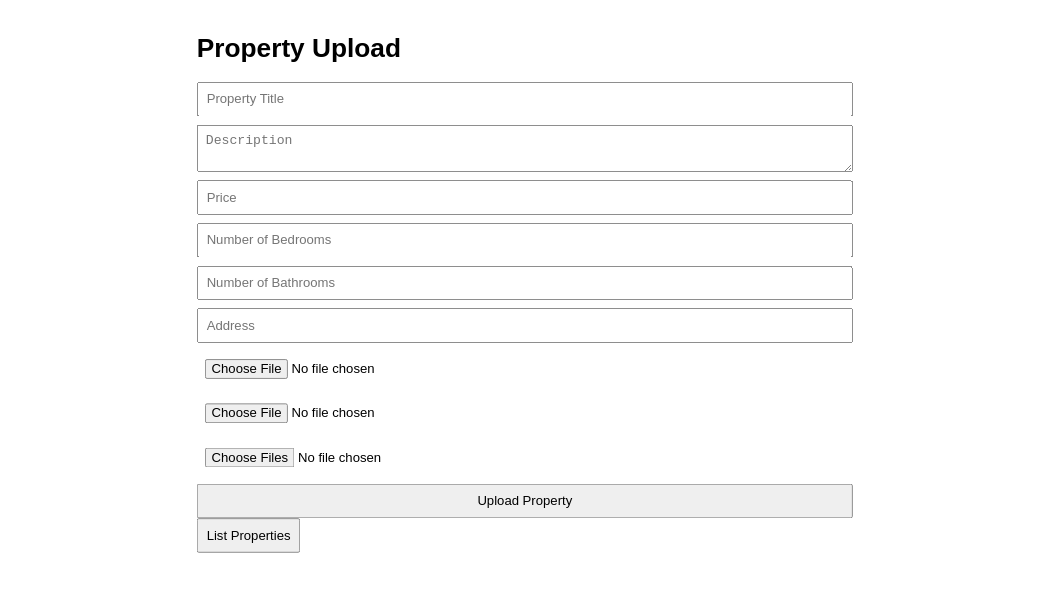
Repository: profospace/basic_ofo
Page: property-upload.html
An editor plug-in stored every save of this project. The page is shown before and after the next save, followed by the edit.
The browser window is 1280 px wide. The pictures show the whole page, at 82% of full size.

Above is the page before, as saved 2024-09-19 10:24:43.

After the next save:
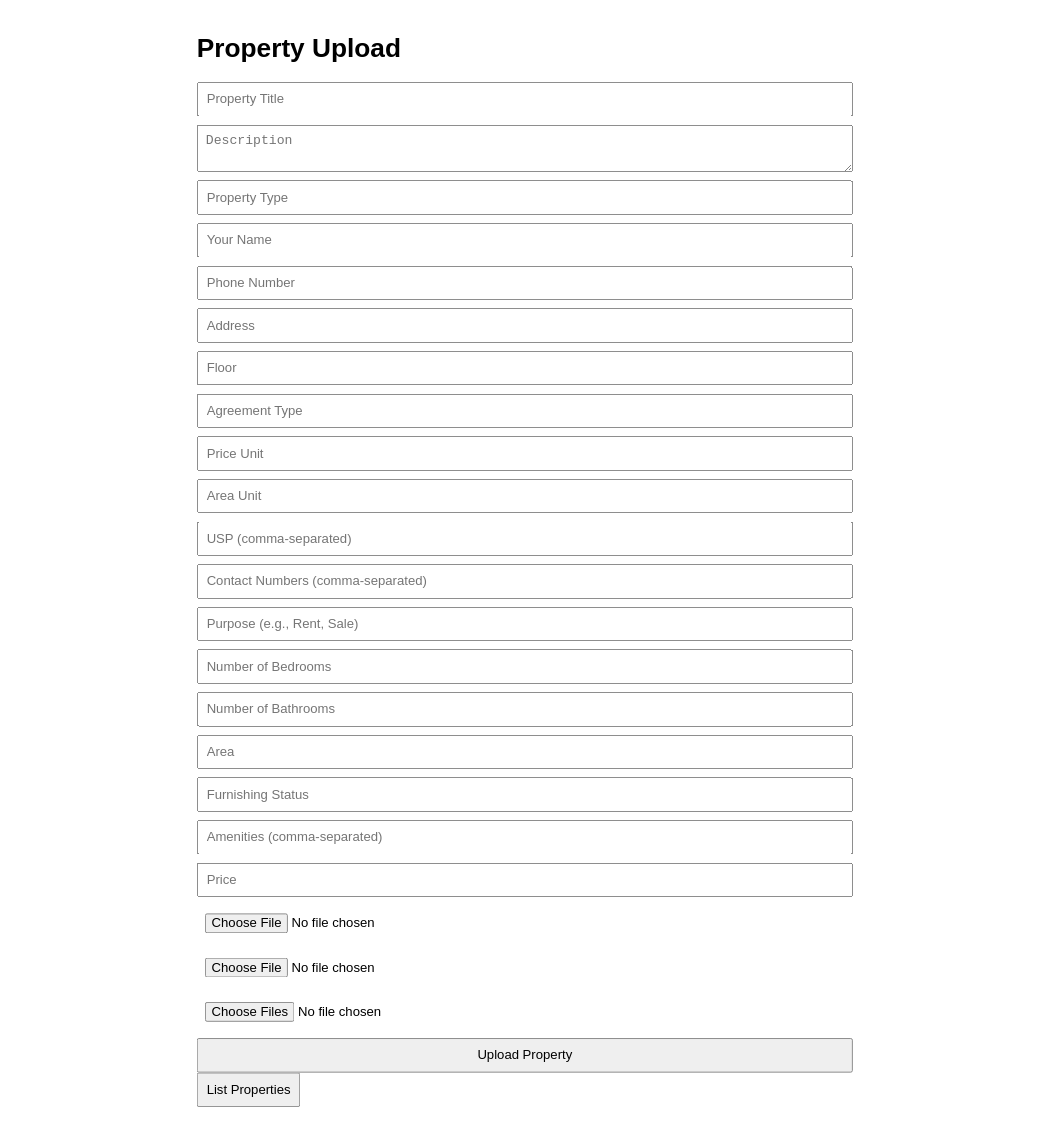
Saved 37 min 27 s later.
--- a/property-upload.html
+++ b/property-upload.html
@@ -35,10 +35,23 @@
     <form id="propertyForm">
         <input type="text" name="post_title" placeholder="Property Title" required>
         <textarea name="post_description" placeholder="Description" required></textarea>
-        <input type="number" name="price" placeholder="Price" required>
+        <input type="text" name="type_name" placeholder="Property Type" required>
+        <input type="text" name="user_name" placeholder="Your Name" required>
+        <input type="text" name="phone" placeholder="Phone Number" required>
+        <input type="text" name="address" placeholder="Address" required>
+        <input type="text" name="floor" placeholder="Floor">
+        <input type="text" name="agreement" placeholder="Agreement Type">
+        <input type="text" name="priceUnit" placeholder="Price Unit">
+        <input type="text" name="areaUnit" placeholder="Area Unit">
+        <input type="text" name="usp" placeholder="USP (comma-separated)">
+        <input type="text" name="contactList" placeholder="Contact Numbers (comma-separated)">
+        <input type="text" name="purpose" placeholder="Purpose (e.g., Rent, Sale)">
         <input type="number" name="bedrooms" placeholder="Number of Bedrooms" required>
         <input type="number" name="bathrooms" placeholder="Number of Bathrooms" required>
-        <input type="text" name="address" placeholder="Address" required>
+        <input type="text" name="area" placeholder="Area" required>
+        <input type="text" name="furnishing" placeholder="Furnishing Status">
+        <input type="text" name="amenities" placeholder="Amenities (comma-separated)">
+        <input type="number" name="price" placeholder="Price" required>
         <input type="file" name="post_image" accept="image/*" required>
         <input type="file" name="floor_plan_image" accept="image/*" required>
         <input type="file" name="galleryList" accept="image/*" multiple required>
@@ -49,6 +62,7 @@
 
     <script>
         document.addEventListener('DOMContentLoaded', function() {
+            const BASE_URL = 'https://propertify.onrender.com';
             const propertyForm = document.getElementById('propertyForm');
             const listButton = document.getElementById('listButton');
             const propertyList = document.getElementById('propertyList');
@@ -58,7 +72,23 @@
                 const formData = new FormData(this);
 
                 try {
-                    const response = await fetch('/api/upload/property', {
+                    const position = await getCurrentPosition();
+                    const { latitude, longitude } = position.coords;
+
+                    // Add latitude and longitude to the form data
+                    formData.append('latitude', latitude);
+                    formData.append('longitude', longitude);
+                    formData.append('location', JSON.stringify({
+                        type: 'Point',
+                        coordinates: [longitude, latitude]
+                    }));
+
+                    // Convert comma-separated strings to arrays
+                    formData.set('usp', formData.get('usp').split(',').map(item => item.trim()));
+                    formData.set('contactList', formData.get('contactList').split(',').map(item => Number(item.trim())));
+                    formData.set('amenities', formData.get('amenities').split(',').map(item => item.trim()));
+
+                    const response = await fetch(`${BASE_URL}/api/upload/property`, {
                         method: 'POST',
                         body: formData
                     });
@@ -81,7 +111,7 @@
                     const position = await getCurrentPosition();
                     const { latitude, longitude } = position.coords;
 
-                    const response = await fetch(`/api/properties/filter?latitude=${latitude}&longitude=${longitude}`);
+                    const response = await fetch(`${BASE_URL}/api/properties/filter?latitude=${latitude}&longitude=${longitude}`);
 
                     if (!response.ok) {
                         throw new Error('Failed to fetch properties');
@@ -109,9 +139,14 @@
                     propertyElement.innerHTML = `
                         <h3>${property.post_title}</h3>
                         <p>${property.post_description}</p>
-                        <p>Price: ${property.price}</p>
+                        <p>Type: ${property.type_name}</p>
+                        <p>Price: ${property.price} ${property.priceUnit}</p>
+                        <p>Area: ${property.area} ${property.areaUnit}</p>
                         <p>Bedrooms: ${property.bedrooms}</p>
                         <p>Bathrooms: ${property.bathrooms}</p>
+                        <p>Address: ${property.address}</p>
+                        <p>Furnishing: ${property.furnishing}</p>
+                        <p>Amenities: ${property.amenities.join(', ')}</p>
                         <img src="${property.post_image}" alt="${property.post_title}" style="max-width: 200px;">
                     `;
                     propertyList.appendChild(propertyElement);
